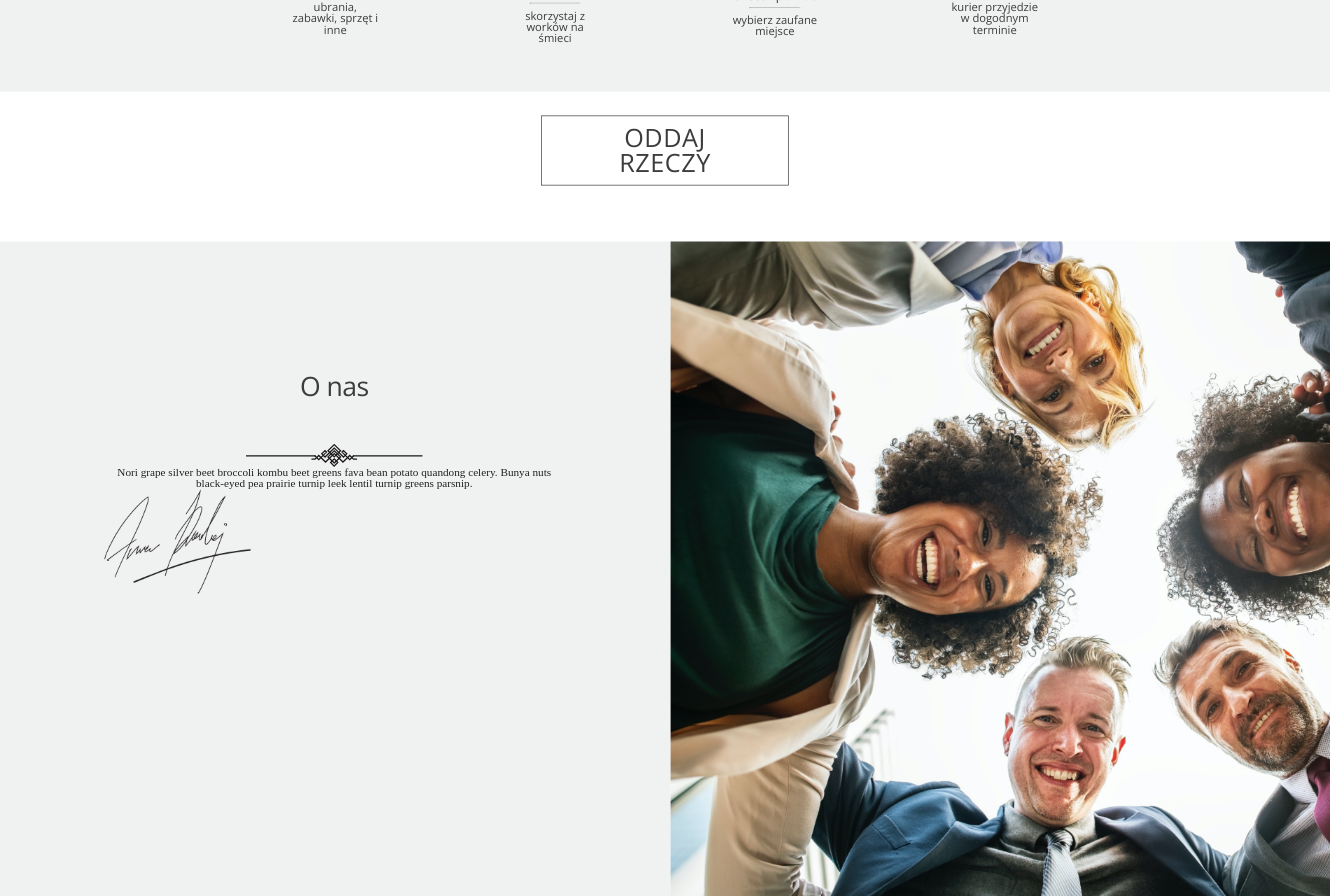
Repository: tomekwoojcik/oddam-w-dobre-rence
Page: /
These files come from the project's save history. The page is drawn as it stood at one moment and after the next save; the edit follows.
The browser window is 1280 px wide. The page is 1900 px wide, so the pictures cover 1900 px, including what lies to the right of the window. The pictures show the part of the page from y = 1720 to 3000 px (the page is 3000 px tall), at 70% of full size.
The project was rebuilt for these pictures with package versions that can differ from the ones it lists, and the page was loaded fresh each time. Also part of the build but not shown: src/pages/logIn/logIn.js, src/pages/register/register.js.

Above is the page before, as saved 2022-12-08 09:31:14.

### public/index.html
<!DOCTYPE html>
<html lang="en">
  <head>
    <meta charset="utf-8" />
    <link rel="icon" href="%PUBLIC_URL%/favicon.ico" />
    <meta name="viewport" content="width=device-width, initial-scale=1" />
    <meta name="theme-color" content="#000000" />
    <meta
      name="description"
      content="Web site created using create-react-app"
    />
    <link rel="apple-touch-icon" href="%PUBLIC_URL%/logo192.png" />
    <link rel="manifest" href="%PUBLIC_URL%/manifest.json" />
    <title>React App</title>
    <link rel="preconnect" href="https://fonts.googleapis.com">
    <link rel="preconnect" href="https://fonts.gstatic.com" crossorigin>
    <link
      href="https://fonts.googleapis.com/css2?family=Merriweather:ital,wght@0,300;0,400;0,700;0,900;1,300;1,400;1,700;1,900&family=Open+Sans:ital,wght@0,300;0,400;0,500;0,600;0,700;0,800;1,300;1,400;1,500;1,600;1,700;1,800&display=swap"
      rel="stylesheet">
  </head>
  <body>
    <div id="root"></div>
  </body>
</html>

### src/index.js
import React from 'react'
import ReactDOM from 'react-dom/client'
import './scss/main.scss'
import App from './App'
import reportWebVitals from './reportWebVitals'

const root = ReactDOM.createRoot(document.getElementById('root'))
root.render(
  <React.StrictMode>
    <App />
  </React.StrictMode>
)

// If you want to start measuring performance in your app, pass a function
// to log results (for example: reportWebVitals(console.log))
// or send to an analytics endpoint. Learn more: https://bit.ly/CRA-vitals
reportWebVitals()

### src/scss/main.scss
@import './reset';
@import './settings/colors';
@import './settings/fonts';
@import '../components/atoms/buttonsMenu/buttonsMenu';
@import '../components/molecules/navMenu/navMenu';
@import '../components/atoms/buttonsLoginLogout/buttonsLoginLogout';
@import '../components/molecules/navLoginLogout/navLoginLogout';
@import '../components/molecules/menu/menu';
@import '../components/atoms/photoInHeader/photoInHeader.scss';
@import '../components/organisms/header/header';
@import '../components/atoms/partTextInHeader/firstPartText';
@import '../components/molecules/rightPart/rightPart';
@import '../components/molecules/textInHeader/textInHeader';
@import '../components/atoms/decorationAssets/decorationAssets';
@import '../components/molecules/menuRightPartContext/menuRightPartContext';
@import '../components/atoms/buttonsInRightPartContext/buttonsInRightPartContext';
@import '../components/organisms/threeColumns/threeColumns';
@import '../pages/home/home';
@import '../components/molecules/oneColumn/oneColumn';
@import '../components/atoms/counterInColumn/counterInColumn';
@import '../components/atoms/titleInColumn/titleInColumn';
@import '../components/atoms/textInColumn/textInColumn';
@import '../components/atoms/simpleStepsTitle/simpleStepsTitle';
@import '../components/organisms/simpleSteps/simpleSteps';
@import '../components/atoms/simpleStepsColumn/simpleStepsColumn';
@import '../components/molecules/simpleStepsBar/simpleStepsBar';
@import '../components/organisms/aboutUsBar/aboutUsBar';

* {
    font-family: $font-base;
}

### src/App.js
/* eslint-disable react/react-in-jsx-scope */
import { Outlet, Route, Routes } from 'react-router'
import { BrowserRouter } from 'react-router-dom'
import Home from './pages/home/home'
import './App.css'
import LogIn from './pages/logIn/logIn'
import Register from './pages/register/register'

function App () {
  return (
    <div className="App">
      <Outlet />
      <BrowserRouter>
        <Routes>
          <Route path='/' element={<Home />} />
          <Route path='logowanie' element={<LogIn />} />
          <Route path='rejestracja' element={<Register />} />
        </Routes>

      </BrowserRouter>
    </div>
  )
}

export default App

### src/scss/settings/_colors.scss
$white-color: #F0F1F1;
$mustard-color: #5E5322;
$strong-yellow-color: #FAD648;
$grey-color: #737373;
$black-color: #3C3C3C;

### src/components/atoms/buttonsMenu/_buttonsMenu.scss
@import '../../../scss/settings/fonts';
@import '../../../scss/settings/colors';

.buttonItem {
    .button {
        font-size: 18px;
        padding: 9px 20px;
        color: $black-color;
        text-decoration: none;
        font-family: $font-base;
        border: 0.75px solid white;
    }

    .button:hover{
        border: 0.75px solid $black-color;
    }
}

### src/components/molecules/navMenu/_navMenu.scss
@import '../../../scss/settings/fonts';
@import '../../../scss/settings/colors';

.buttonList {
    margin-top: 10px;
    display: flex;
    flex-direction: row;
    justify-content: flex-end;
    margin-right: 142px;
}

### src/components/atoms/buttonsLoginLogout/_buttonsLoginLogout.scss
@import '../../../scss/settings/fonts';
@import '../../../scss/settings/colors';

.buttonMenuItems {
    .buttonMenu {
        font-family: $font-base;
        font-size: 14px;
        text-decoration: none;
        color: $grey-color;
        padding: 9px 10px;
        margin-left: 20px;
        border: 0.75px solid white;
    }

    .buttonMenu:hover{
        border-color: $strong-yellow-color;
    }
}

### src/components/molecules/navLoginLogout/_navLoginLogout.scss
.buttonMenuList{
    display: flex;
    flex-direction: row;
    justify-content: flex-end;
    margin-right: 142px;
    margin-bottom: 60px;
}

### src/components/molecules/menu/_menu.scss
.menu {
    width: 100%;
    margin-top: 37px;
    flex-direction: column;
}

### src/components/atoms/photoInHeader/_photoInHeader.scss
.photoHeader {
    width: 885px;
    height: 963px;
}

### src/components/organisms/header/_header.scss
.header {
    display: flex;
    flex-direction: row;
    width: 1758px;
}

### src/components/atoms/partTextInHeader/_firstPartText.scss
@import '../../../scss/settings/fonts';
@import '../../../scss/settings/colors';

.textInHeader{
    font-family: $font-base;
    font-size: 38px;
    margin-bottom: 10px;
}

### src/components/molecules/rightPart/_rightPart.scss
.rightPartHeader{
    display: flex;
    flex-direction: column;
}

### src/components/molecules/textInHeader/_textInHeader.scss
.textIn{
    margin-top: 210px;
}

### src/components/atoms/decorationAssets/_decorationAssets.scss
.decorationAssets {
    width: 253px;
    height: 33px;
    align-self: center;
    margin-top: 25px;
}

### src/components/molecules/menuRightPartContext/_menuRightPartContext.scss
.menuRightPartContext{
    display: flex;
    flex-direction: row;
    justify-content: center;
    margin-top: 65px;
}

### src/components/atoms/buttonsInRightPartContext/_buttonsInRightPartContext.scss
@import '../../../scss/settings/fonts';
@import '../../../scss/settings/colors';
@import '../../../scss/settings/otherVariables';

.buttonItemMenuContext {
    width: 250px;
    border: $border;
    padding: 13px 51px;

    .buttonMenuContext {

        text-transform: uppercase;
        text-decoration: none;
        color: $black-color;
        font-size: 36px;
        letter-spacing: 0.76px;
        word-wrap: break-word;
        font-family: $font-base;
        font-weight: 300;
    }

}

.buttonItemMenuContext:nth-child(2) {
    margin-left: 44px;
}

### src/scss/settings/_otherVariables.scss
@import '../settings/colors';
@import '../settings/colors';

$border: 0.75px solid $black-color;

### src/components/organisms/threeColumns/_threeColumns.scss
.threeColumns{
    background: url(../../../assets/backGround.png) ;
    width: 100%;
    display: flex;
    flex-direction: row;
    justify-content: space-around;
}

### src/pages/home/_home.scss
.homePage{
    width: 1900px;
    margin: 0 auto;
}

### src/components/molecules/oneColumn/_oneColumn.scss
.oneColumn {
    display: flex;
    flex-direction: column;
    justify-content: center;
    width: 334px;
    height: 252px;
    padding-top: 46px;
    padding-bottom: 86px;

}

### src/components/atoms/counterInColumn/_counterInColumn.scss
@import '../../../scss/settings/fonts';
@import '../../../scss/settings/colors';
@import '../../../scss/settings/otherVariables';

.counterColumn{
    font-size: 90px;
    font-family: $font-base;
    color: $mustard-color;
    font-weight: 300;
}

### src/components/atoms/titleInColumn/_titleInColumn.scss
@import '../../../scss/settings/fonts';
@import '../../../scss/settings/colors';
@import '../../../scss/settings/otherVariables';

.titleColumn{
    text-transform: uppercase;
    font-size: 18px;
    font-family: $font-base;
    letter-spacing: -0.36px;
    color: $black-color;
    margin: 10px 0 28px 0;

}

### src/components/atoms/textInColumn/_textInColumn.scss
@import '../../../scss/settings/fonts';
@import '../../../scss/settings/colors';
@import '../../../scss/settings/otherVariables';


.textColumn{
    font-family: $font-alt;
    font-size: 16px;
    font-weight: lighter;
    color: $black-color;
    letter-spacing: -0.32px;
    line-height: 25px;
}

### src/components/atoms/simpleStepsTitle/_simpleStepsTitle.scss
@import '../../../scss/settings/fonts';
@import '../../../scss/settings/colors';
@import '../../../scss/settings/otherVariables';

.simpleStepsTitle {
    font-size: 38px;
    font-family: $font-base;
    letter-spacing: -0.76px;
    color: $black-color;
    font-weight: 300;
}

### src/components/organisms/simpleSteps/_simpleSteps.scss
.simpleSteps{
    padding: 55px 0 80px 0;
    display: flex;
    flex-direction: column;

    .buttonItemMenuContext{
        align-self: center;
    }
}

### src/components/atoms/simpleStepsColumn/_simpleStepsColumn.scss
@import '../../../scss/settings/fonts';
@import '../../../scss/settings/colors';
@import '../../../scss/settings/otherVariables';

.simpleStepsColumn {
    width: 130px;
    height: 172px;

    .simpleStepsColumnImg {
        width: 83px;
        height: 83px;
    }

    .simpleStepsColumnTitle {
        font-family: $font-base;
        font-size: 18px;
        color: $black-color;
    }

    .simpleStepsColumnLine {
        color: $grey-color;
        width: 70px;
    }

    .simpleStepsColumnText {
        font-family: $font-base;
        font-size: 16px;
        color: $black-color;
        height: 40px;
        width: 100%;
    }
}


.simpleStepsColumn:nth-child(2){
    .simpleStepsColumnTitle{
        margin-top: 12px;
    }
}

### src/components/molecules/simpleStepsBar/_simpleStepsBar.scss
@import '../../../scss/settings/fonts';
@import '../../../scss/settings/colors';
@import '../../../scss/settings/otherVariables';

.simpleStepsBar {
    background-color: $white-color;
    padding: 71px 414px 76px 414px;
    display: flex;
    flex-direction: row;
    justify-content: space-between;
    margin-top: 34px;
    margin-bottom: 34px;
}

### src/components/organisms/aboutUsBar/_aboutUsBar.scss
@import '../../atoms/aboutUsImg/aboutUsImg';
@import '../../atoms/aboutUsText/aboutUsText';

.aboutUsBar{
    height: 935px;
    display: flex;
}

### src/components/atoms/aboutUsImg/_aboutUsImg.scss
.aboutUsImg{
    background-image: url('../../../assets/People.png');
    width: 942px;
    height: 100%;

}

### src/components/atoms/aboutUsText/_aboutUsText.scss
@import '../../../scss/settings/fonts';
@import '../../../scss/settings/colors';
@import '../../../scss/settings/otherVariables';

.aboutUsText {
    background-color: $white-color;
    width: calc(958px - 301px);
    padding: 186px 152px 185px 149px;

    .aboutUsTextTitle{
        font-family: $font-base;
        font-size: 38px;
        letter-spacing: -0.76px;
        color: $black-color;
        margin-bottom: 40px;


    }

    .aboutUsSignature {
        background-image: url('../../../assets/Signature.png');
        width: 209px;
        height: 149px;
        font-weight: normal;
    }
}

### src/pages/home/home.js
import React from 'react'
import AboutUsBar from '../../components/organisms/aboutUsBar/aboutUsBar'
import Header from '../../components/organisms/header/header'
import SimpleSteps from '../../components/organisms/simpleSteps/simpleSteps'
import ThreeColumns from '../../components/organisms/threeColumns/threeColumns'

const Home = () => {
  return (
    <div className='homePage'>
      <Header />
      <ThreeColumns />
      <SimpleSteps />
      <AboutUsBar/>
    </div>
  )
}

export default Home

### src/components/organisms/aboutUsBar/aboutUsBar.js
import React from 'react'
import AboutUsImg from '../../atoms/aboutUsImg/aboutUsImg'
import AboutUsText from '../../atoms/aboutUsText/aboutUsText'

const AboutUsBar = () => {
  return (
        <div className='aboutUsBar'>
          <AboutUsText aboutUsTextTitle={'O nas'} aboutUsTextinText={'Nori grape silver beet broccoli kombu beet greens fava bean potato quandong celery. Bunya nuts black-eyed pea prairie turnip leek lentil turnip greens parsnip.'} />
          <AboutUsImg/>
        </div>
  )
}

export default AboutUsBar

### src/components/organisms/header/header.js
import React from 'react'
import PhotoInHeader from '../../atoms/photoInHeader/photoInHeader'
import RightPart from '../../molecules/rightPart/rightPart'
const Header = () => {
  return (
    <header className='header'>
      <PhotoInHeader />
      <RightPart />
    </header>

  )
}

export default Header

### src/components/organisms/simpleSteps/simpleSteps.js
import React from 'react'
import SimpleStepsTitle from '../../atoms/simpleStepsTitle/simpleStepsTitle'
import DecorationAssets from '../../atoms/decorationAssets/decorationAssets'
import SimpleStepsBar from '../../molecules/simpleStepsBar/simpleStepsBar'
import ButtonsInRightPartContext from '../../atoms/buttonsInRightPartContext/buttonsInRightPartContext'
const SimpleSteps = () => {
  return (
        <div className='simpleSteps'>
            <SimpleStepsTitle text={'Wystarczą 4 proste kroki'} />
            <DecorationAssets />
            <SimpleStepsBar />
            <ButtonsInRightPartContext buttonName={'oddaj rzeczy'} />
        </div>
  )
}

export default SimpleSteps

### src/components/organisms/threeColumns/threeColumns.js
import React from 'react'
import OneColumn from '../../molecules/oneColumn/oneColumn'

const ThreeColumns = () => {
  return (
        <div className='threeColumns'>
          <OneColumn counter={'10'} title={'Oddanych worków'} text={'Lorem ipsum dolor sit amet, consectetur adipisc Pellentesque vel enim a elit viverra elementuma. Aliquam erat volutpat.'} />
          <OneColumn counter={'5'} title={'Wspartych organizacji'} text={'Lorem ipsum dolor sit amet, consectetur adipisc Pellentesque vel enim a elit viverra elementuma. Aliquam erat volutpat.'} />
          <OneColumn counter={'7'} title={'Zorganizowanych zbiórek'} text={'Lorem ipsum dolor sit amet, consectetur adipisc Pellentesque vel enim a elit viverra elementuma. Aliquam erat volutpat.'} />
        </div>
  )
}

export default ThreeColumns

### src/components/atoms/aboutUsImg/aboutUsImg.js
import React from 'react'
const AboutUsImg = () => {
  return (
        <div className='aboutUsImg'/>
  )
}

export default AboutUsImg

### src/components/atoms/aboutUsText/aboutUsText.js
/* eslint-disable react/prop-types */
import DecorationAsets from '../decorationAssets/decorationAssets'
import React from 'react'

const AboutUsText = ({ aboutUsTextTitle, aboutUsTextinText }) => {
  return (
        <div className='aboutUsText'>
            <h3 className='aboutUsTextTitle'>{aboutUsTextTitle}</h3>
            <DecorationAsets />
          <p className='aboutUsTextinText'>{aboutUsTextinText}</p>
          <div className='aboutUsSignature'/>
        </div>
  )
}

export default AboutUsText

### src/components/atoms/photoInHeader/photoInHeader.js
import React from 'react'
import Image from '../../../assets/Home-Hero-Image.jpg'

const PhotoInHeader = () => {
  return (
    <img className='photoHeader' src={Image} />
  )
}

export default PhotoInHeader

### src/components/molecules/rightPart/rightPart.js
import React from 'react'
import Menu from '../menu/menu'
import RightPartContext from '../rightPartContext/rightPartContext'

const RightPart = () => {
  return (
    <div className='rightPartHeader'>
      <Menu />
      <RightPartContext />
    </div>
  )
}

export default RightPart

### src/components/atoms/simpleStepsTitle/simpleStepsTitle.js
/* eslint-disable react/prop-types */
import React from 'react'

const SimpleStepsTitle = ({ text }) => {
  return (
        <h4 className='simpleStepsTitle'>{text}</h4>
  )
}

export default SimpleStepsTitle

### src/components/atoms/decorationAssets/decorationAssets.js
import React from 'react'
import DecoratorImage from '../../../assets/Decoration.svg'
const DecorationAssets = () => {
  return (
        <img className="decorationAssets" src={DecoratorImage} />
  )
}

export default DecorationAssets

### src/components/atoms/buttonsInRightPartContext/buttonsInRightPartContext.js
import React from 'react'
import { NavLink } from 'react-router-dom'

// eslint-disable-next-line react/prop-types
const ButtonsInRightPartContext = ({ source, buttonName }) => {
  return (
    <div className='buttonItemMenuContext'><NavLink className='buttonMenuContext' to={source}>{buttonName}</NavLink></div>
  )
}

export default ButtonsInRightPartContext

### src/components/molecules/oneColumn/oneColumn.js
/* eslint-disable react/prop-types */
import React from 'react'
import CounterInColumn from '../../atoms/counterInColumn/counterInColumn'
import TextInColumn from '../../atoms/textInColumn/textInColumn'
import TitleInColumn from '../../atoms/titleInColumn/titleInColumn'

const OneColumn = ({ counter, title, text }) => {
  return (
        <div className='oneColumn'>
            <CounterInColumn counterColumn={counter} />
            <TitleInColumn titleColumn={title} />
            <TextInColumn textColumn={text} />
        </div>
  )
}

export default OneColumn

### src/components/molecules/menu/menu.js
import React from 'react'
import NavLoginLogout from '../navLoginLogout/navLoginLogout'
import NavMenu from '../navMenu/navMenu'

const Menu = () => {
  return (
    <div className='menu'>
      <NavLoginLogout />
      <NavMenu />
    </div>
  )
}

export default Menu

### src/components/molecules/rightPartContext/rightPartContext.js
import React from 'react'
import DecorationAssets from '../../atoms/decorationAssets/decorationAssets'
import MenuRightPartContext from '../menuRightPartContext/menuRightPartContext'
import TextInHeader from '../textInHeader/textInHeader'

const RightPartContext = () => {
  return (
      <div className='rightPartContext'>
          <TextInHeader />
          <DecorationAssets />
          <MenuRightPartContext/>
        </div>
  )
}

export default RightPartContext

### src/components/atoms/simpleStepsColumn/simpleStepsColumn.js
/* eslint-disable react/prop-types */
import React from 'react'

const SimpleStepsColumn = ({ source, simpleStepsColumnTitle, simpleStepsColumnText }) => {
  return (
    <div className='simpleStepsColumn'>
          <img className='simpleStepsColumnImg' src={source} />
          <h4 className='simpleStepsColumnTitle' >{simpleStepsColumnTitle}</h4>
          <hr className='simpleStepsColumnLine' />
          <p className='simpleStepsColumnText'>{simpleStepsColumnText}</p>
    </div>
  )
}

export default SimpleStepsColumn

### src/components/atoms/counterInColumn/counterInColumn.js
/* eslint-disable react/prop-types */
import React from 'react'

const CounterInColumn = ({ counterColumn }) => {
  return (
    <h3 className='counterColumn'>{counterColumn}</h3>
  )
}

export default CounterInColumn

### src/components/atoms/textInColumn/textInColumn.js
/* eslint-disable react/prop-types */
import React from 'react'

const TextInColumn = ({ textColumn }) => {
  return (
      <p className='textColumn'>{ textColumn }</p>
  )
}

export default TextInColumn

### src/components/atoms/titleInColumn/titleInColumn.js
/* eslint-disable react/prop-types */
import React from 'react'

const TitleInColumn = ({ titleColumn }) => {
  return (
      <h4 className='titleColumn'>{titleColumn}</h4>
  )
}

export default TitleInColumn

### src/components/molecules/navLoginLogout/navLoginLogout.js
import React from 'react'
import ButtonsLoginLogout from '../../atoms/buttonsLoginLogout/buttonsLoginLogout'

const NavLoginLogout = () => {
  return (
        <ul className='buttonMenuList'>
          <ButtonsLoginLogout source={'logowanie'} buttonName={'Zaloguj'} />
          <ButtonsLoginLogout source={'rejestracja'} buttonName={'Załóź konto'} />
        </ul>
  )
}

export default NavLoginLogout

### src/components/molecules/navMenu/navMenu.js
import React from 'react'
import ButtonsMenu from '../../atoms/buttonsMenu/buttonsMenu'

const NavMenu = () => {
  return (
        <ul className='buttonList'>
          <ButtonsMenu source={'/'} linkName={'Start'} />
          <ButtonsMenu source={'/'} linkName={'O co chodzi?'} />
          <ButtonsMenu source={'/'} linkName={'O nas'} />
          <ButtonsMenu source={'/'} linkName={'Fundacje i organizacje'} />
          <ButtonsMenu source={'/'} linkName={'Kontakt'} />
        </ul>
  )
}

export default NavMenu

### src/components/molecules/menuRightPartContext/menuRightPartContext.js
import React from 'react'
import ButtonsInRightPartContext from '../../atoms/buttonsInRightPartContext/buttonsInRightPartContext'

const MenuRightPartContext = () => {
  return (
      <ul className='menuRightPartContext'>
      <ButtonsInRightPartContext source={'#'} buttonName={'Oddaj rzeczy'} />
      <ButtonsInRightPartContext source={'#'} buttonName={'Zorganizuj zbiórke'} />
    </ul>
  )
}

export default MenuRightPartContext

### src/components/molecules/textInHeader/textInHeader.js
import React from 'react'
import FirstPartText from '../../atoms/partTextInHeader/firstPartText'

const TextInHeader = () => {
  return (
        <div className='textIn'>
          <FirstPartText textHeader={'Zacznij pomagać!'} />
          <FirstPartText textHeader={'Oddaj niechciane rzeczy w zaufane ręce'} />
        </div>
  )
}

export default TextInHeader

### src/components/atoms/buttonsLoginLogout/buttonsLoginLogout.js
/* eslint-disable react/prop-types */
import React from 'react'
import { NavLink } from 'react-router-dom'

const ButtonsLoginLogout = ({ source, buttonName }) => {
  return (
        <li className='buttonMenuItems'><NavLink className='buttonMenu' to={source}>{buttonName}</NavLink></li>
  )
}

export default ButtonsLoginLogout

### src/components/atoms/buttonsMenu/buttonsMenu.js
import React from 'react'
import { NavLink } from 'react-router-dom'

// eslint-disable-next-line react/prop-types
const ButtonsMenu = ({ source, linkName }) => {
  return (
        <li className='buttonItem'><NavLink className="button" to={source}>{linkName}</NavLink></li>
  )
}

export default ButtonsMenu

### src/components/atoms/partTextInHeader/firstPartText.js
import React from 'react'

// eslint-disable-next-line react/prop-types
const FirstPartText = ({ textHeader }) => {
  return (
    <h3 className='textInHeader'>{textHeader}</h3>
  )
}

export default FirstPartText

Loaded but not shown: src/reportWebVitals.js (common file); src/scss/_reset.scss (common file); src/scss/settings/_fonts.scss (common file); src/App.css (common file); src/components/molecules/simpleStepsBar/simpleStepsBar.js (19 lines, source omitted)

After the next save:
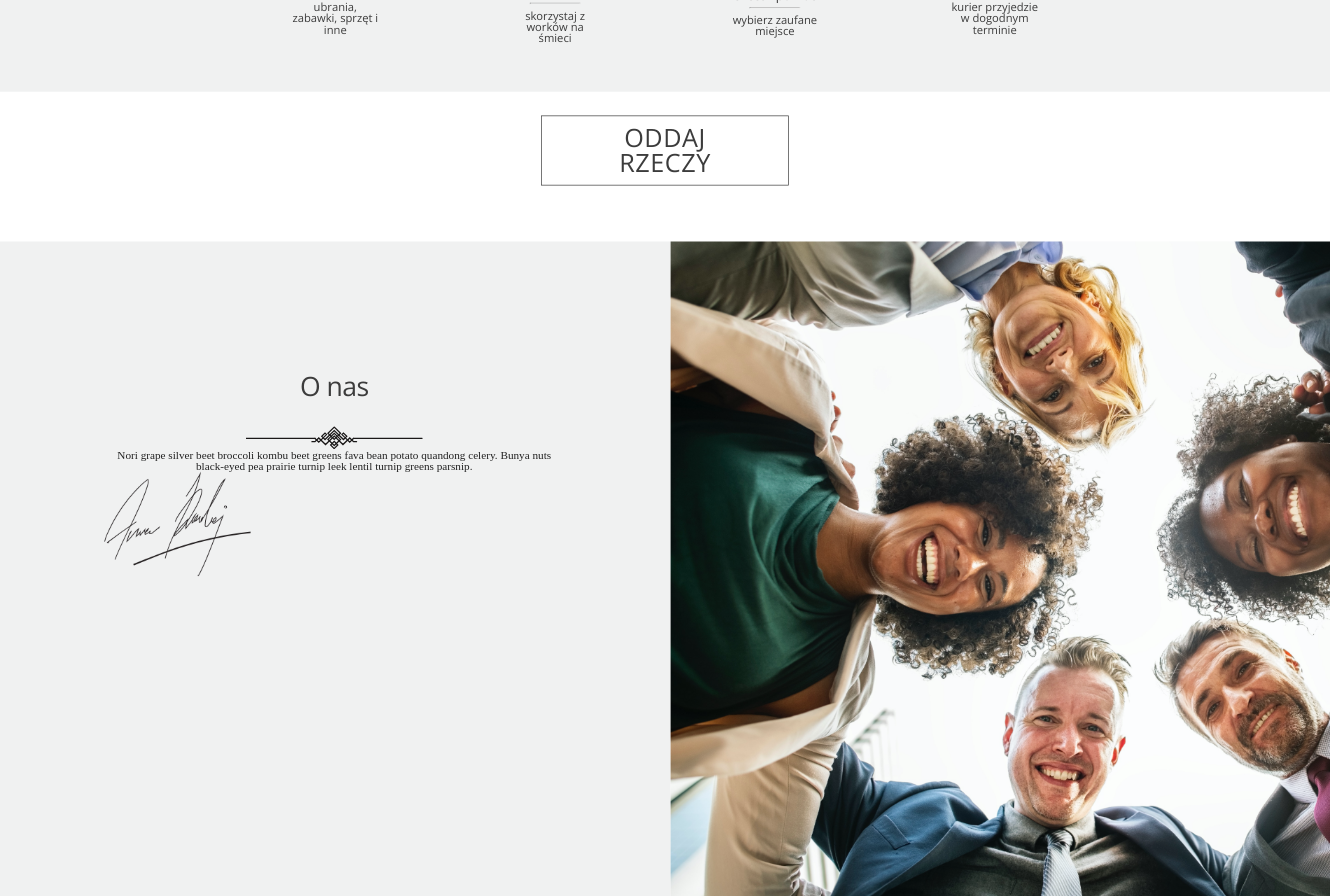
Saved 51 s later.
--- a/src/components/atoms/aboutUsText/_aboutUsText.scss
+++ b/src/components/atoms/aboutUsText/_aboutUsText.scss
@@ -12,7 +12,7 @@
         font-size: 38px;
         letter-spacing: -0.76px;
         color: $black-color;
-        margin-bottom: 40px;
+        margin-bottom: 15px;
 
 
     }
